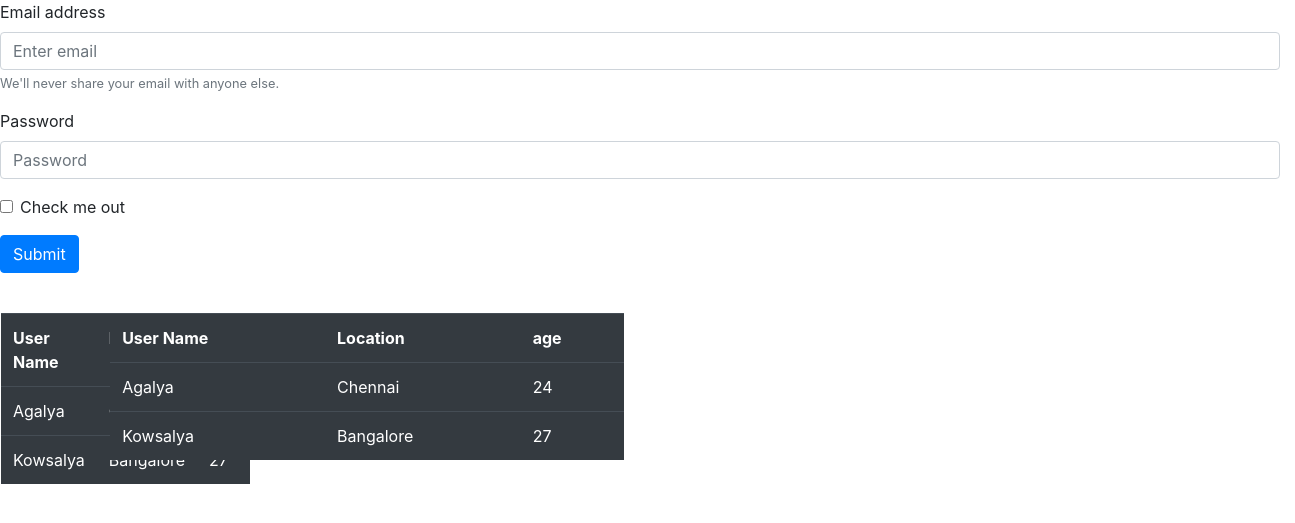
Repository: rajeshkannane/java1
Page: Form/public/index.html
These files come from the project's save history. The page is drawn as it stood at one moment and after the next save; the edit follows.
The browser window is 1280 px wide. The page is 1295 px wide, so the pictures cover 1295 px, including what lies to the right of the window. The pictures show the whole page.

Above is the page before, as saved 2022-11-14 16:50:15.

After the next save:
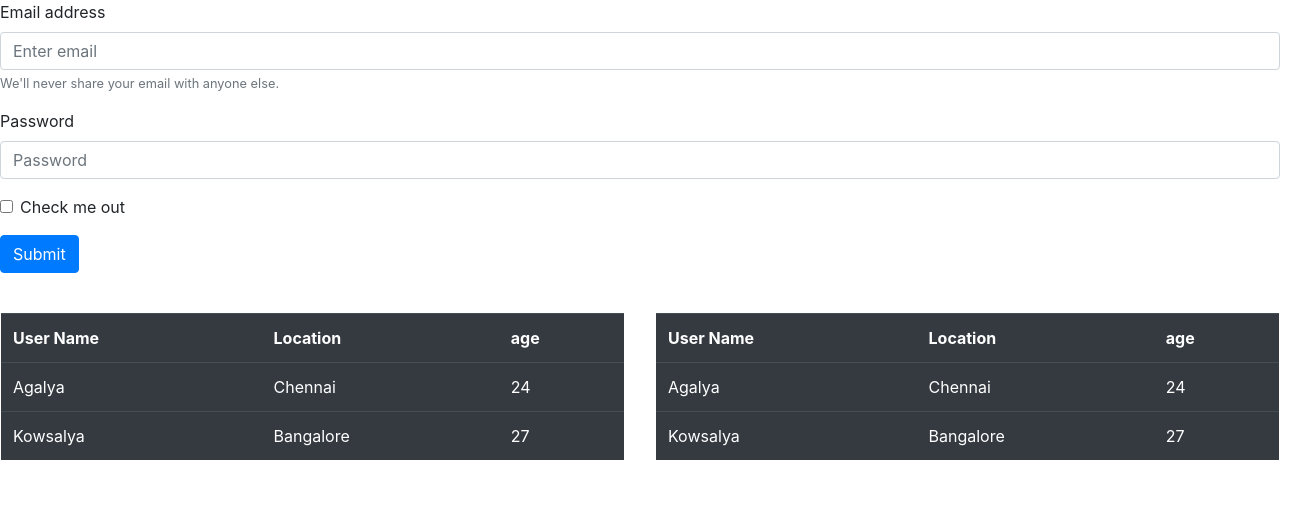
Saved 28 s later.
--- a/Form/public/index.html
+++ b/Form/public/index.html
@@ -26,7 +26,7 @@
 </form>
 <br>
 <div class="row">
-<div class="col-sm-1 p-3" >
+<div class="col-sm-6 p-3" >
 <table class="table table-dark" style="text-align:1%">
   <tr>
     <th>User Name</th>
@@ -45,7 +45,7 @@
   </tr>
     </table>
     </div>
-    <div class="col-sm-5 p-3" >
+    <div class="col-sm-6 p-3" >
 <table class="table table-dark" style="text-align:1%">
   <tr>
     <th>User Name</th>
